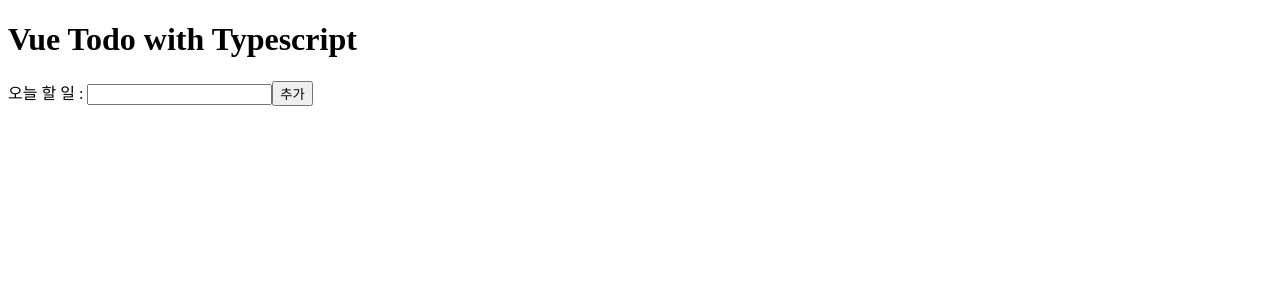
Repository: YangSeungWook/vue3-ts
Page: / (app in vue-todo/)
An editor plug-in stored every save of this project. The page is shown before and after the next save, followed by the edit.
The browser window is 1280 px wide. The pictures show the whole page.
The project was rebuilt for these pictures with package versions that can differ from the ones it lists, and the page was loaded fresh each time.

Above is the page before, as saved 2021-05-02 10:49:32.

### vue-todo/src/App.vue
<template>
  <div>
    <h1>Vue Todo with Typescript</h1>
    <TodoInput
      v-bind:item="todoText"
      @inputUp="updateTodoText"
      @add="addTodoItem"
    ></TodoInput>
  </div>
</template>

<script lang="ts">
import Vue from "vue";
import TodoInput from "./components/TodoInput.vue";

export default Vue.extend({
  components: { TodoInput },
  data() {
    return {
      todoText: "",
    };
  },
  methods: {
    updateTodoText(value : any) {
      this.todoText = value;
    },
    addTodoItem() {
      const value = this.todoText;
      localStorage.setItem(this.todoText, this.todoText);
      this.initTodoText();
    },
    initTodoText() {
      this.todoText = "";
    },
  },
});

</script>

<style scoped></style>

### vue-todo/src/components/TodoInput.vue
<template>
  <div>
    <label for="todo-input">오늘 할 일 : </label>
    <input id="todo-input" :value="item" @input="handelInput" type="text" />
    <button @click="addTodo" type="button">추가</button>
  </div>
</template>

<script lang="ts">
import Vue from "vue";
export default Vue.extend({
  props: {
    item: {
      type: String,
      required: false,
    },
  },
  methods: {
    handelInput(event: InputEvent) {
      console.log(event);
      // if(!event.target){   //조건문으로 이벤트 타겟 보장
      //   return;
      // }
      const eventTarget = event.target as HTMLInputElement; // 이벤트 타겟 보장
      this.$emit("inputUp", eventTarget.value);
    },
    addTodo() {
      this.$emit("add");
    },
  },
});
</script>

<style scoped></style>

Loaded but not shown: vue-todo/public/index.html (common file); vue-todo/src/main.ts (common file)

After the next save:
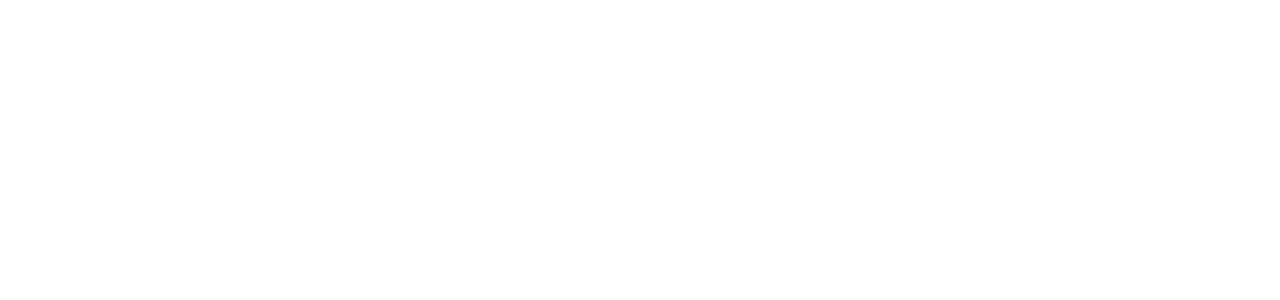
Console error: ReferenceError: ab is not defined
Saved 16 s later.
--- a/vue-todo/src/App.vue
+++ b/vue-todo/src/App.vue
@@ -35,6 +35,12 @@
   },
 });
 
+function aa(){
+
+}
+
+ab();
+
 </script>
 
 <style scoped></style>

After the 2 saves that followed:
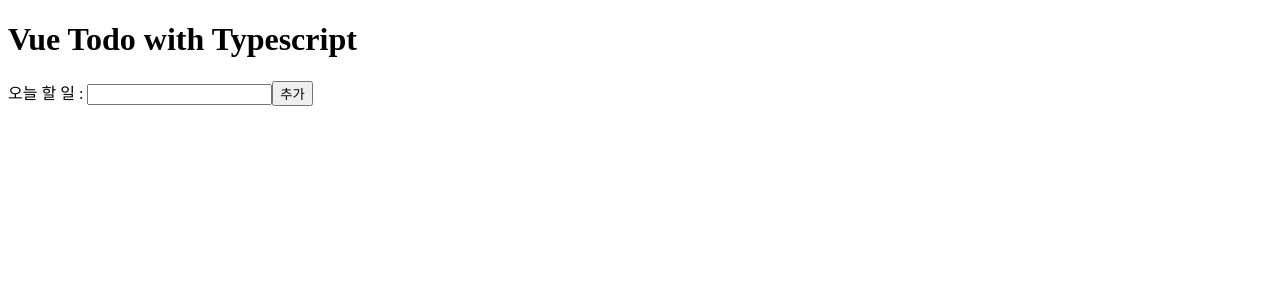
The error is gone.
The 2 saves are shown as one change because 1 left the picture as it was.
The last was saved 8 min 22 s later.
--- a/vue-todo/src/App.vue
+++ b/vue-todo/src/App.vue
@@ -21,7 +21,7 @@
     };
   },
   methods: {
-    updateTodoText(value : any) {
+    updateTodoText(value : string) {
       this.todoText = value;
     },
     addTodoItem() {
@@ -35,12 +35,6 @@
   },
 });
 
-function aa(){
-
-}
-
-ab();
-
 </script>
-
+vue
 <style scoped></style>
